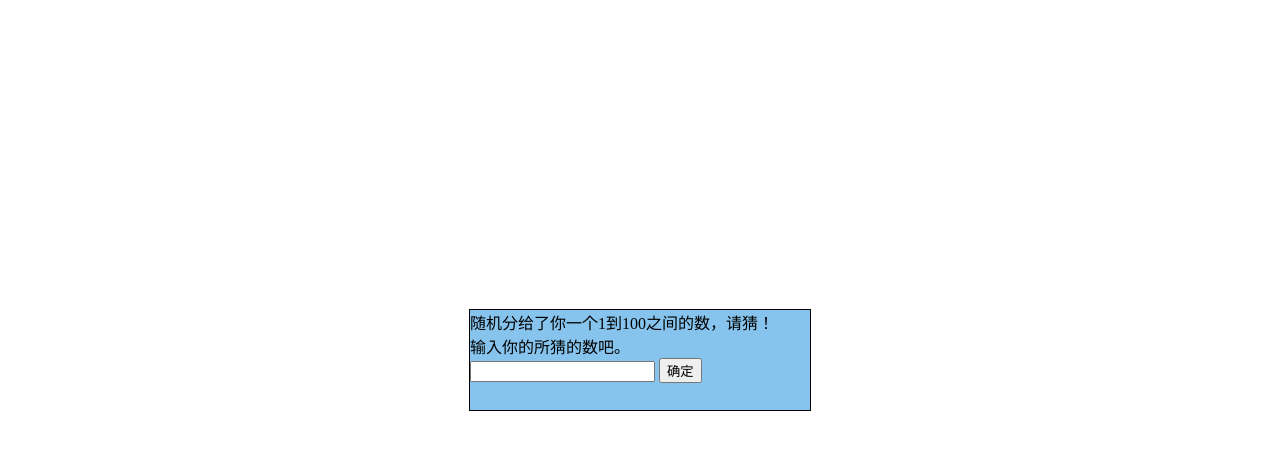
Repository: guirui-li/StudyJavaWeb
Page: http://localhost/JavawebTest/experiment04/getNumber.jsp
The author's editor kept a copy of each file at every save. The page is drawn from the files as they stood at one save, then again after the next save.
The browser window is 1280 px wide. The pictures show the whole page.
The page is served by Tomcat 9. Other server files are loaded and not shown.

Above is the page before, as saved 2019-05-03 06:57:40.

### JavawebTest/WebContent/experiment04/getNumber.jsp
<%@ page language="java" contentType="text/html; charset=UTF-8"
    pageEncoding="UTF-8"%>
<!DOCTYPE html>
<html>
<head>
<meta charset="UTF-8">
<title>getNumber</title>
	<style type="text/css">
		#div{
			border:1px solid black;
			width:340px;
			height:100px;
			background-color:#87c4ed;
			position:absolute;
			top:50%;
			left:50%;
			transform:translate(-50%,-50%);
		}
	</style>
</head>
<body>
	<%
		int number=(int)(Math.random()*100)+1;
		session.setAttribute("count", new Integer(0));
		session.setAttribute("save", new Integer(number));
	%>
	<div id="div">
	随机分给了你一个1到100之间的数，请猜！
	<br>
	输入你的所猜的数吧。
	<form action="result.jsp" method="post" name="form1">
		<input type="text" name="boy">
		<input type="submit" value="确定" name="submit">
	</form>
	</div>
</body>
</html>

After the next save:
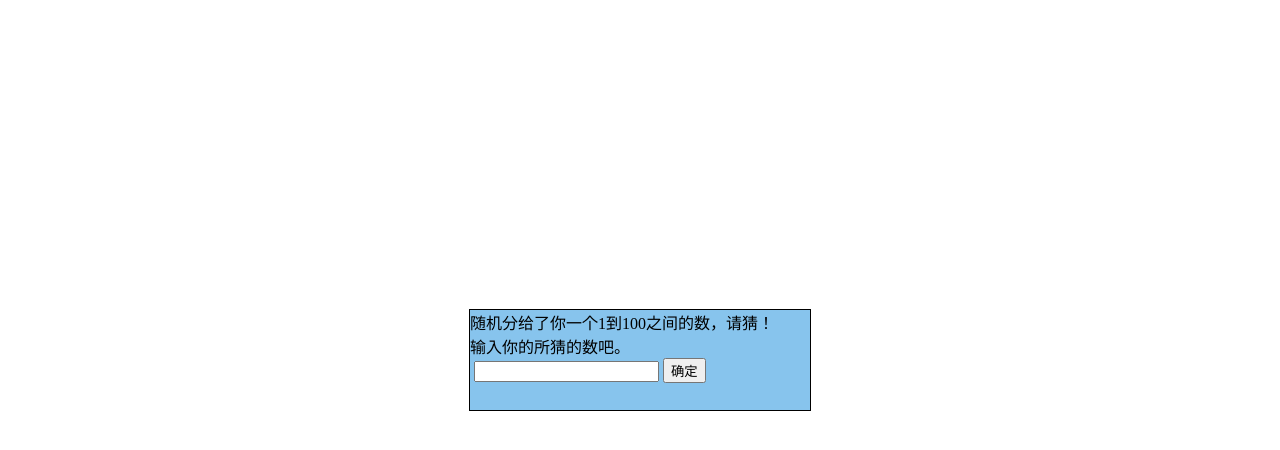
Saved 30 s later.
--- a/JavawebTest/WebContent/experiment04/getNumber.jsp
+++ b/JavawebTest/WebContent/experiment04/getNumber.jsp
@@ -29,7 +29,7 @@
 	<br>
 	输入你的所猜的数吧。
 	<form action="result.jsp" method="post" name="form1">
-		<input type="text" name="boy">
+		&nbsp;<input type="text" name="boy">
 		<input type="submit" value="确定" name="submit">
 	</form>
 	</div>
